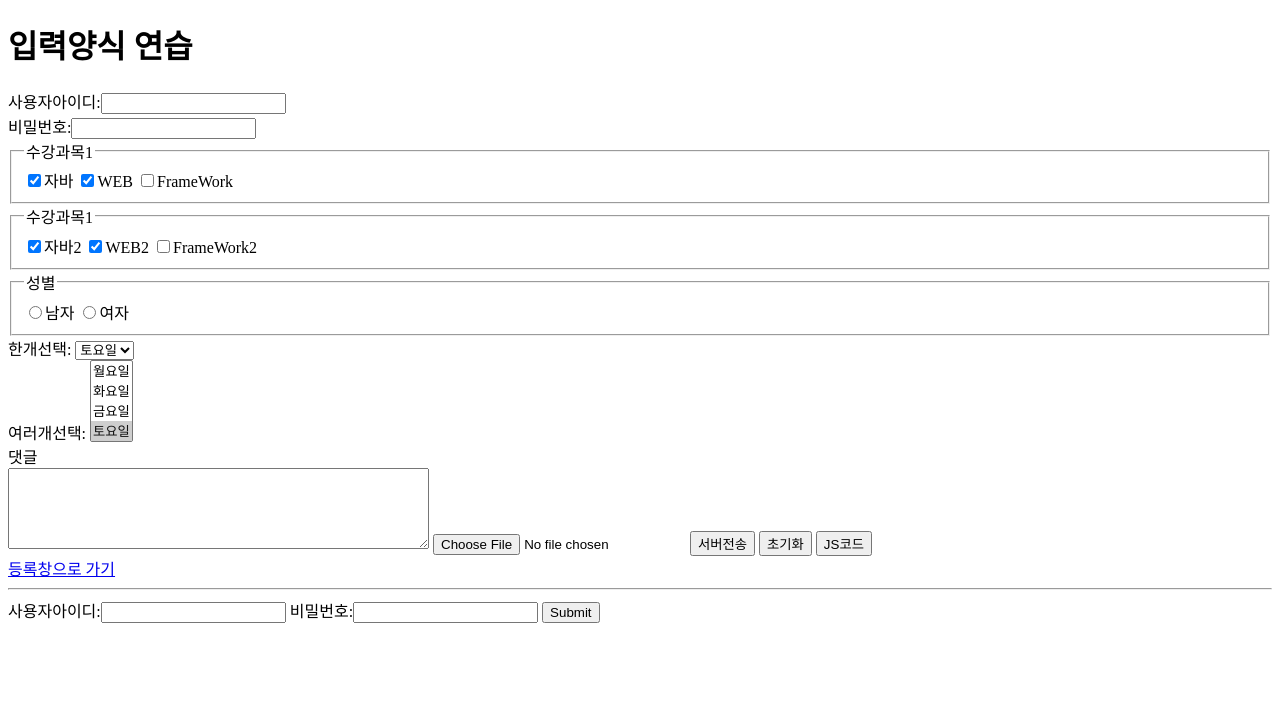
Repository: 753kg/753kg.github.io
Page: KOSTA/webProject/WebContent/00day2/inputSample1.html
These files come from the project's save history. The page is drawn as it stood at one moment and after the next save; the edit follows.
The browser window is 1280 px wide. The pictures show the whole page.

Above is the page before, as saved 2021-03-30 01:32:30.

### KOSTA/webProject/WebContent/00day2/inputSample1.html
<!DOCTYPE html>
<html>
<head>
<meta charset="UTF-8">
<title>Insert title here</title>
</head>
<body>
<h1>입력양식 연습</h1>
<!-- form에 감싸져 있어야만 서버로 submit이 됨 -->
<form action="register.jsp" method="get" enctype="application/x-www-form-urlencoded">
	사용자아이디:<input type="text" name="userid"><br>
	비밀번호:<input type="password" name="userpass"><br>
	<!-- check box : 서로 독립적
		radio box : 서로 배타적 -->
	<fieldset>
		<legend>수강과목1</legend>
		<input type="checkbox" name="subject" value="JAVA" checked="checked">자바
		<input type="checkbox" name="subject" value="WEB" checked>WEB
		<input type="checkbox" name="subject" value="Framework">FrameWork<br>
	</fieldset>

	<fieldset>
		<legend>수강과목1</legend>
		<input type="checkbox" name="subject2" value="JAVA2" checked="checked">자바2
		<input type="checkbox" name="subject2" value="WEB2" checked>WEB2
		<input type="checkbox" name="subject2" value="Framework2">FrameWork2<br>
	</fieldset>

	<fieldset>
		<legend>성별</legend>
		<input type="radio" name="gender" value="M">남자
		<input type="radio" name="gender" value="F">여자
	</fieldset>
	한개선택:
	<select name="week">
		<option>월요일</option>
		<option>화요일</option>
		<option value="friday">금요일</option>
		<option selected>토요일</option>
	</select><br>
	여러개선택:
	<select name="week2" multiple="multiple">
		<option>월요일</option>
		<option>화요일</option>
		<option value="friday">금요일</option>
		<option selected>토요일</option>
	</select><br>

	댓글<br>
	<textarea rows="5" cols="50" name="memo"></textarea>
	<!-- <input type="image" src="../04/images/salad.jpg"> -->
	<input type="file">
	<input type="submit" value="서버전송">
	<input type="reset" value="초기화">
	<input type="button" value="JS코드" onclick="alert('버튼')">
</form>

<a href="register.jsp?userid=jj">등록창으로 가기</a>

<!--
* get 방식 : 주소창에 입력 정보(id, pw)가 서버로 전송되는 것이 보인다.
		 form 태그에 method="get" 또는 생략
		  주소창에 직접 입력해도 get방식
		 a 태그를 이용해서 href 속성으로 link거는 경우도 get방식
* post 방식 : 주소창에 입력 정보가 서버로 전송되는 것이 안보인다. (숨긴다)
  		     요청문서의 body부분에 숨겨서 보낸다.
  		  form 태그에 method="post"
* name을 줘야 서버에 전송된다.
 -->

<hr>
<form action="register.jsp" method="post">
	사용자아이디:<input type="text" name="userid">
	비밀번호:<input type="password" name="userpass">
	<input type="submit">
</form>
</body>
</html>

After the next save:
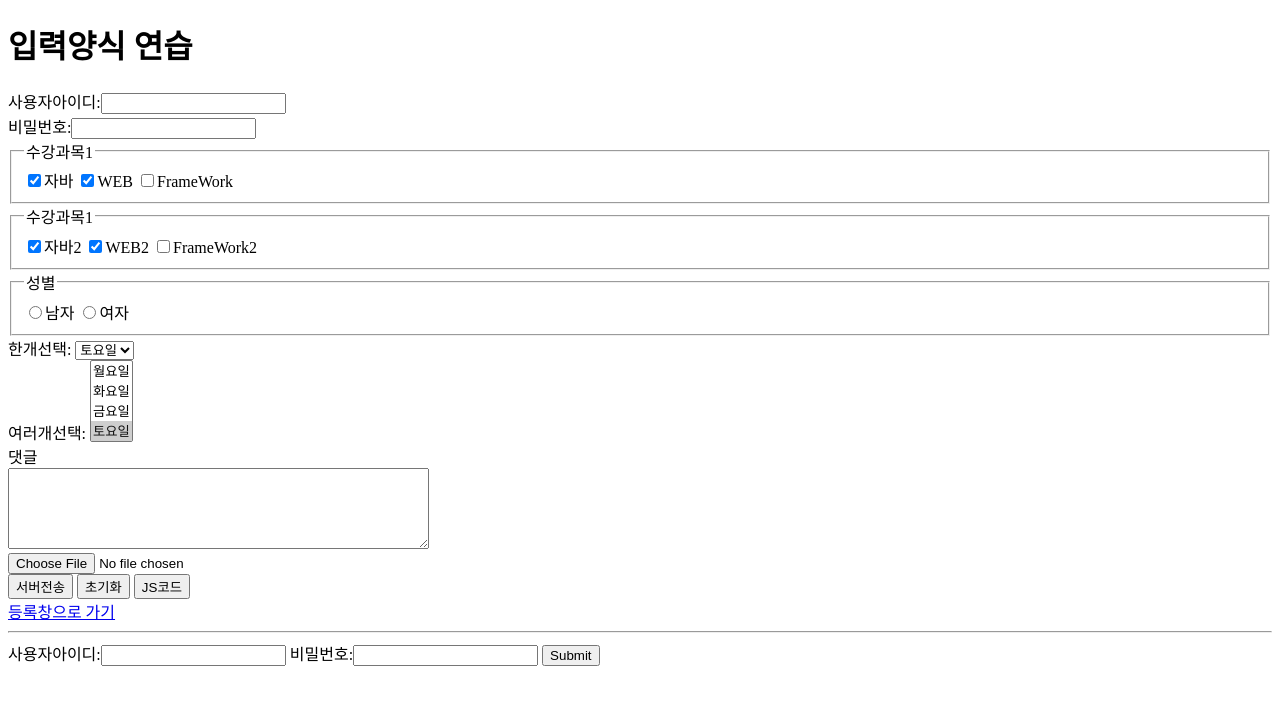
Saved 21 s later.
--- a/KOSTA/webProject/WebContent/00day2/inputSample1.html
+++ b/KOSTA/webProject/WebContent/00day2/inputSample1.html
@@ -47,9 +47,9 @@
 	</select><br>
 
 	댓글<br>
-	<textarea rows="5" cols="50" name="memo"></textarea>
+	<textarea rows="5" cols="50" name="memo"></textarea><br>
 	<!-- <input type="image" src="../04/images/salad.jpg"> -->
-	<input type="file">
+	<input type="file"><br>
 	<input type="submit" value="서버전송">
 	<input type="reset" value="초기화">
 	<input type="button" value="JS코드" onclick="alert('버튼')">
